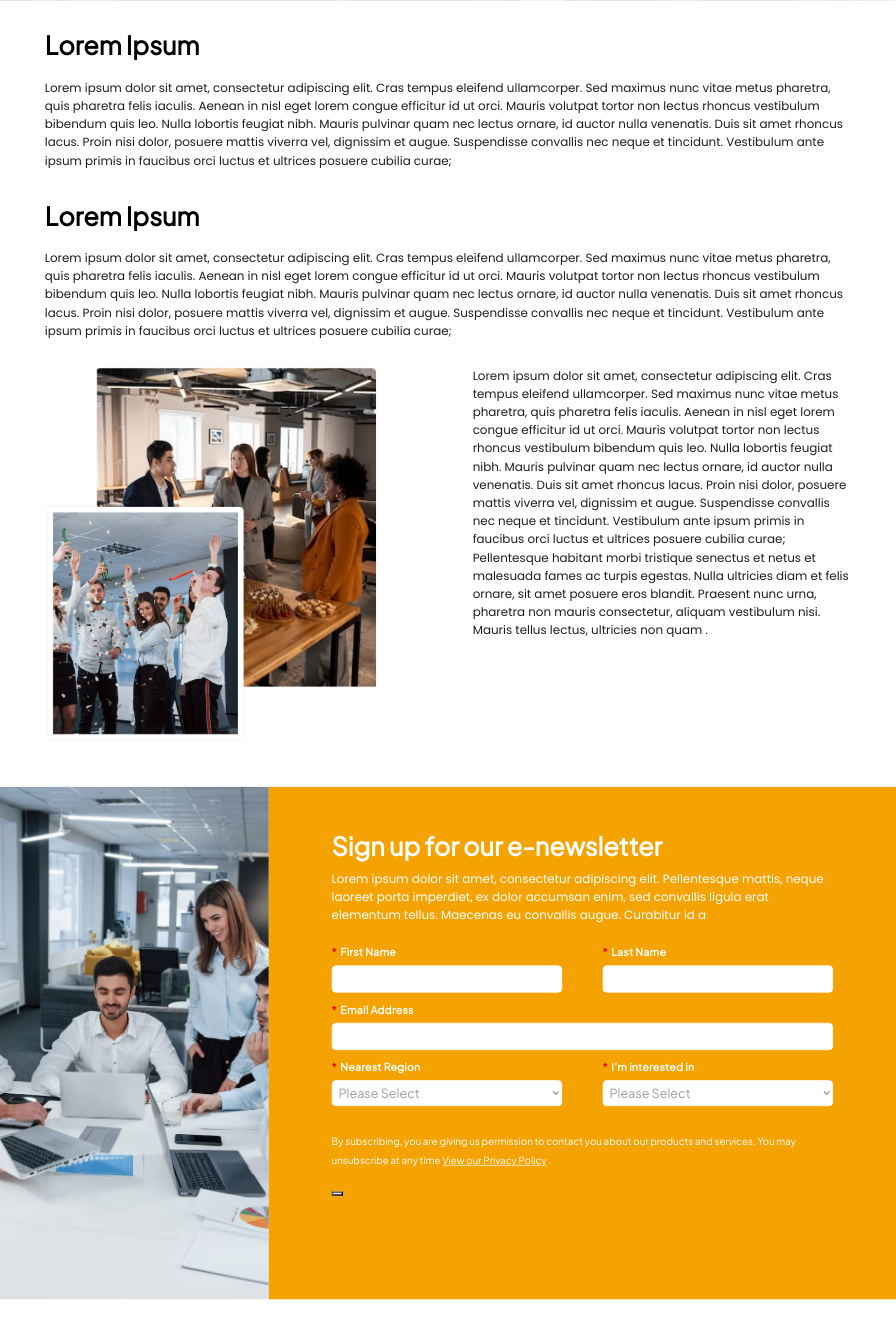
Repository: Akash8377/Hospitality-website
Page: /about-us
These files come from the project's save history. The page is drawn as it stood at one moment and after a run of saves; the edit follows.
The browser window is 1280 px wide. The pictures show the part of the page from y = 683 to 2603 px (the page is 2603 px tall), at 70% of full size.
Some web libraries are served in a nearby version. The project was rebuilt for these pictures with package versions that can differ from the ones it lists, and the page was loaded fresh each time. Also part of the build but not shown: src/Component/Partial/heading-cont.js, src/Component/Shared/about-us.js, src/Component/Shared/Banner.js, src/Component/Shared/popular-jobs.js, src/Component/Sliders/ServiceSlider.js, src/Component/Sliders/ReviewSlider.js, src/Component/Partial/index-banner.js, src/Component/Partial/index-buisness-banner.js and 2 more.

Above is the page before, as saved 2023-07-07 12:18:07.

### public/index.html
<!-- @format -->

<!DOCTYPE html>
<html lang="en">
  <head>
    <meta charset="utf-8" />
    <link rel="icon" href="%PUBLIC_URL%/favicon.ico" />
    <meta name="viewport" content="width=device-width, initial-scale=1" />
    <meta name="theme-color" content="#000000" />
    <meta
      name="description"
      content="Web site created using create-react-app"
    />
    <link rel="apple-touch-icon" href="%PUBLIC_URL%/logo192.png" />
    <link rel="manifest" href="%PUBLIC_URL%/manifest.json" />

    <link rel="preconnect" href="https://fonts.googleapis.com" />
    <link rel="preconnect" href="https://fonts.gstatic.com" crossorigin />
    <link href="https://fonts.googleapis.com/css2?family=Plus+Jakarta+Sans&family=Poppins&display=swap" rel="stylesheet">
    <title>React App</title>
  </head>
  <body>
    <noscript>You need to enable JavaScript to run this app.</noscript>
    <div id="root"></div>
  </body>
  <script src="https://kit.fontawesome.com/b533b351e4.js" crossorigin="anonymous"></script>
</html>

### src/index.css
/** @format */

body {
  margin: 0;
  padding: 0;
  font-family: -apple-system, BlinkMacSystemFont, "Segoe UI", "Roboto", "Oxygen",
    "Ubuntu", "Cantarell", "Fira Sans", "Droid Sans", "Helvetica Neue",
    sans-serif;
  -webkit-font-smoothing: antialiased;
  -moz-osx-font-smoothing: grayscale;
}

code {
  font-family: source-code-pro, Menlo, Monaco, Consolas, "Courier New",
    monospace;
}

### src/Css/Navbar.css
/** @format */

.Navbar {
  display: flex;
  justify-content: space-evenly;
  box-shadow: 0px 10px 30px 0px rgba(0, 0, 0, 0.25);
  background-color: #033c59;
  padding: 20px;
  align-items: center;
}
.Navbar .main {
  width: 15%;
  text-align: center;
}
.Navbar .main a {
  text-decoration: none;
  color: #fff;
  font-size: 20px;
  font-family: Plus Jakarta Sans;
  font-style: normal;
  font-weight: 400;
  line-height: 24px;
  letter-spacing: 1px;
  margin: 0;
}

.Navbar .main img {
  display: block;
  margin: auto;
  max-width: 100%;
}
.Navbar .main div {
  border-radius: 24px;
  border: 1px solid #f3f4f6;
  background: #eee;
  padding: 8px;
  display: flex;
  justify-content: space-between;
  padding-left: 10px;
  padding-right: 10px;
}
.Navbar .main div input {
  border: none;
  background-color: transparent;
  outline: none;
  color: #6b7280;
  font-size: 14px;
  font-family: Plus Jakarta Sans;
  font-style: normal;
  font-weight: 400;
  line-height: normal;
  width: 80%;
}
.Navbar .main button {
  border-radius: 8px;
  background: #f5a302;
  width: 120px;
  padding: 10px;
  color: #fff;
  text-align: center;
  font-size: 16px;
  font-family: Plus Jakarta Sans;
  font-style: normal;
  font-weight: 800;
  line-height: normal;
  outline: none;
  border: 1px solid #f5a302;
}

.Navbar .main a:focus{
    font-weight: 700;
}

### src/Component/Partial/About Us Component/Newsletter.js
/** @format */

import React from "react";

const Newsletter = () => {
  return (
    <div className="About-Us_Newsletter">
      <div className="left">
        <img src="./Image/12.png" alt="" />
      </div>
      <div className="right">
        <div className="content">
          <h5>Sign up for our e-newsletter</h5>
          <p className="desc">
            Lorem ipsum dolor sit amet, consectetur adipiscing elit.
            Pellentesque mattis, neque laoreet porta imperdiet, ex dolor
            accumsan enim, sed convallis ligula erat elementum tellus. Maecenas
            eu convallis augue. Curabitur id a
          </p>

          <form>
            <div className="Two_Inputs">
              <div>
                <label>
                  <span>*</span>First Name
                </label>
                <input type="text" />
              </div>
              <div>
                <label>
                  <span>*</span>Last Name
                </label>
                <input type="text" />
              </div>
            </div>
            <div className="Single_Input">
              <div>
                <label>
                  <span>*</span>Email Address
                </label>
                <input type="email" />
              </div>
            </div>
            <div className="Two_Inputs">
              <div>
                <label>
                  <span>*</span>Nearest Region
                </label>
                <select>
                  <option>Please Select</option>
                </select>
              </div>
              <div>
                <label>
                  <span>*</span>I’m interested in
                </label>
                <select>
                  <option>Please Select</option>
                </select>
              </div>
            </div>
          </form>

          <p className="Policy">
          By subscribing, you are giving us permission to contact you about our products and services. You may unsubscribe at any time <span>View our Privacy Policy</span> .
          </p>

          <button className="NewsL"></button>
        </div>
      </div>
    </div>
  );
};

export default Newsletter;

Loaded but not shown: src/index.js (common file); src/Component/Partial/About Us Component/two-section.js (33 lines, source omitted); src/Component/Partial/About Us Component/Banner.js (18 lines, source omitted); src/Component/Navbar/Navbar.js (45 lines, source omitted); src/Component/Partial/About Us Component/content-description.js (12 lines, source omitted); src/Pages/AboutUs.js (23 lines, source omitted); src/App.js (24 lines, source omitted); src/Css/Lap.css (902 lines, source omitted)

After the next 3 saves:
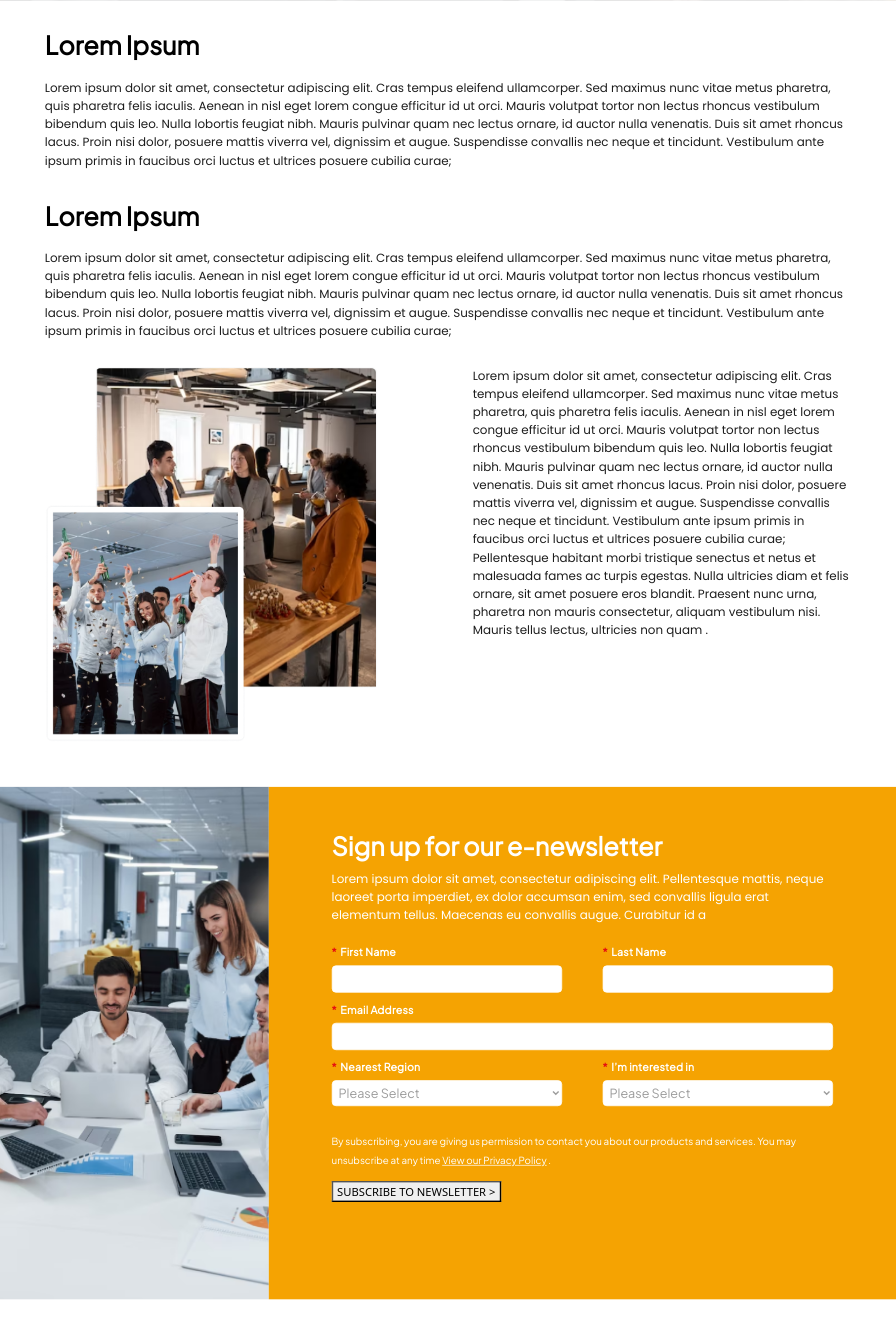
The 3 saves are shown as one change because they came seconds apart.
The last was saved 9 s later.
--- a/src/Component/Partial/About Us Component/Newsletter.js
+++ b/src/Component/Partial/About Us Component/Newsletter.js
@@ -65,7 +65,9 @@ const Newsletter = () => {
           By subscribing, you are giving us permission to contact you about our products and services. You may unsubscribe at any time <span>View our Privacy Policy</span> .
           </p>
 
-          <button className="NewsL"></button>
+          <button className="NewsLetter_Button">
+          SUBSCRIBE TO NEWSLETTER  >
+          </button>
         </div>
       </div>
     </div>
